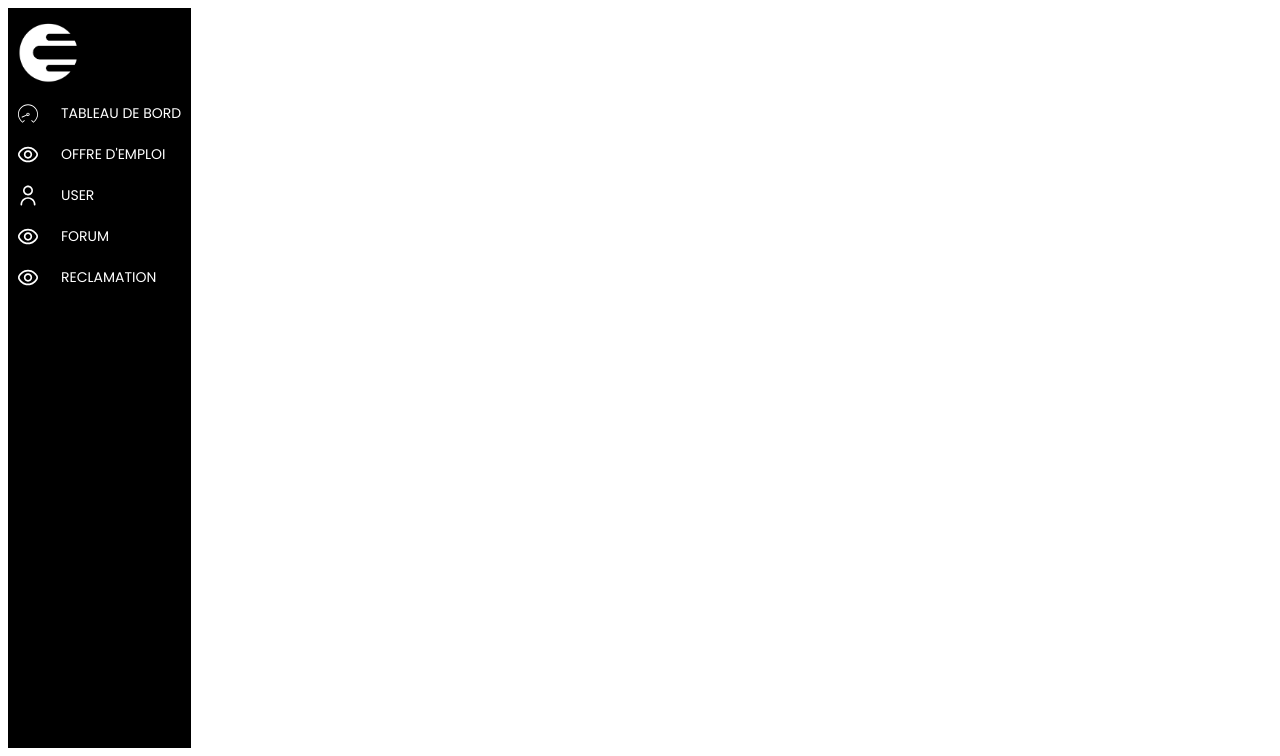
Repository: sophiegafsi/web
Page: http://localhost/view/admin/layout/header.php
These files come from the project's save history. The page is drawn as it stood at one moment and after the next save; the edit follows.
The browser window is 1280 px wide. The pictures show the whole page.
The page is run by PHP 8.4 with error messages shown; the project is at /var/www/html/.

Above is the page before, as saved 2024-05-05 21:01:53.

### view/admin/layout/header.php
<?php
?>

<html>
<head>
  <meta charset="utf-8">
  <title>EasyRecrute</title>
  <link rel="stylesheet" href="../../view/css/custom.css">
  <script src="../view/js/custom.js"></script>
  <link rel="preconnect" href="https://fonts.googleapis.com">
  <link rel="preconnect" href="https://fonts.gstatic.com" crossorigin>
  <link href="https://fonts.googleapis.com/css2?family=Poppins:ital,wght@0,100;0,200;0,300;0,400;0,500;0,600;0,700;0,800;0,900;1,100;1,200;1,300;1,400;1,500;1,600;1,700;1,800;1,900&display=swap" rel="stylesheet">
  <style>
    .dashbord{
      display: flex;
    }
    .easyRecruit-logo-dashbord{
      display: flex;
      flex-direction: column;
      background: black;
      height: 100vh;
      max-width: 200px;
      padding: 10px;
    }
    .joboffer-show{
      text-transform: uppercase;
      color: #ffffff;
      font-family: "Poppins", sans-serif;
      font-size: 14px;
      text-decoration: unset;

    }
    .joboffer-show:hover{
      text-decoration: underline;
    }
    .joboffer-show{
      margin-top: 20px;
    display: flex;
    column-gap: 23px;
    }
    .style-page-list{
      display: flex;
    flex-direction: column;
    justify-content: space-around;
    align-items: center;
    width: 100%;
    }
  </style>
</head>
<body class="dashbord">
    <div class="easyRecruit-logo-dashbord">
      <div class="logo-header-dashbord">
          <img src="../img/EasyRecruit-logo-dash.png" alt="logo" width="60">
      </div>

      <a href="" class="joboffer-show">      <img src="../img/dashbordsvg.svg" class="icon-joboffer-show" alt="icon" width="20"> tableau de bord</a>

        <a href="index.php?controller=joboffer&action=list" class="joboffer-show">      <img src="../img/eye-dashbord.svg" class="icon-joboffer-show" alt="icon" width="20">offre d'emploi</a>
        <a href="" class="joboffer-show">      <img src="../img/user.svg" class="icon-joboffer-show" alt="icon" width="20"> User</a>
        <a href="" class="joboffer-show">      <img src="../img/eye-dashbord.svg" class="icon-joboffer-show" alt="icon" width="20"> Forum</a>
        <a href="" class="joboffer-show">      <img src="../img/eye-dashbord.svg" class="icon-joboffer-show" alt="icon" width="20"> Reclamation</a>
    </div>

### view/css/custom.css
.poppins-thin {
    font-family: "Poppins", sans-serif;
    font-weight: 100;
    font-style: normal;
  }

  .poppins-extralight {
    font-family: "Poppins", sans-serif;
    font-weight: 200;
    font-style: normal;
  }

  .poppins-light {
    font-family: "Poppins", sans-serif;
    font-weight: 300;
    font-style: normal;
  }

  .poppins-regular {
    font-family: "Poppins", sans-serif;
    font-weight: 400;
    font-style: normal;
  }

  .poppins-medium {
    font-family: "Poppins", sans-serif;
    font-weight: 500;
    font-style: normal;
  }

  .poppins-semibold {
    font-family: "Poppins", sans-serif;
    font-weight: 600;
    font-style: normal;
  }

  .poppins-bold {
    font-family: "Poppins", sans-serif;
    font-weight: 700;
    font-style: normal;
  }

  .poppins-extrabold {
    font-family: "Poppins", sans-serif;
    font-weight: 800;
    font-style: normal;
  }

  .poppins-black {
    font-family: "Poppins", sans-serif;
    font-weight: 900;
    font-style: normal;
  }

  .poppins-thin-italic {
    font-family: "Poppins", sans-serif;
    font-weight: 100;
    font-style: italic;
  }

  .poppins-extralight-italic {
    font-family: "Poppins", sans-serif;
    font-weight: 200;
    font-style: italic;
  }

  .poppins-light-italic {
    font-family: "Poppins", sans-serif;
    font-weight: 300;
    font-style: italic;
  }

  .poppins-regular-italic {
    font-family: "Poppins", sans-serif;
    font-weight: 400;
    font-style: italic;
  }

  .poppins-medium-italic {
    font-family: "Poppins", sans-serif;
    font-weight: 500;
    font-style: italic;
  }

  .poppins-semibold-italic {
    font-family: "Poppins", sans-serif;
    font-weight: 600;
    font-style: italic;
  }

  .poppins-bold-italic {
    font-family: "Poppins", sans-serif;
    font-weight: 700;
    font-style: italic;
  }

  .poppins-extrabold-italic {
    font-family: "Poppins", sans-serif;
    font-weight: 800;
    font-style: italic;
  }

  .poppins-black-italic {
    font-family: "Poppins", sans-serif;
    font-weight: 900;
    font-style: italic;
  }

.btn-recrut-listingpage{
  display: flex;
  align-items: center;
  justify-content: center;
  background-color: #ee3a87;
  color: #ffffff;
  border-radius: 30px;
  padding: 5px 30px;
  font-size: 20px;
  font-family: "Poppins", sans-serif;
  text-decoration: none;
  width: max-content;
  margin: 0 auto;
}
.link-emploi a {
  text-decoration: unset;
}
.btn-recrut{
    display: flex;
    align-items: center;
    justify-content: center;
    background-color: #ee3a87;
    color: #ffffff;
    border-radius: 30px;
    padding: 5px 30px;
    font-size: 20px;
    font-family: "Poppins", sans-serif;
    text-decoration: none;
}
.btn-inscri{
    display: flex;
    flex-direction: column;
    align-items: center;
    color: #000;
    text-decoration: none;
    font-size: 14px;
    font-family: "Poppins", sans-serif;
}
.header-style{
    display: flex;
    align-items: center;
    justify-content: space-between;
    font-size: 14px;
    font-family: "Poppins", sans-serif;
}
.links-header{
    display: flex;
    column-gap: 30px;
}
.btn-compte{
    display: flex;
    flex-direction: column;
    align-items: center;
    color: #000;
    text-decoration: none;
    font-size: 14px;
    font-family: "Poppins", sans-serif;
}
.block-intro{
    background-image:url("../img/slider-home.jpg");
    display: block;
    width: 100%;
    height: 300px;
    background-size: cover;
    background-repeat: no-repeat;
    background-position: center;
    position: relative;
    margin-bottom: 20px;

}
.desc-into{
    position: absolute;
    top: 30%;
    left: 10%;

}
.style-form-input textarea {
  border-radius: 15px;
  text-align: center;
  border: 1px solid #264395;
  max-width: 250px;
  width: 100%;
  height: 37px;
}
.style-form-input {
  font-family: "Poppins", sans-serif;
  font-size: 13px;
}
.style-form-radio {
  display: flex;
  align-items: center;
  column-gap: 50px;
  margin-bottom: 30px;
}
.desc-style{
    font-family: "Poppins", sans-serif;
    font-weight: bold;
    font-size: 20px;
    color: #ffffff;
    text-transform: uppercase;
}
.desc-style span{
    font-weight: 400;
}
.overlay{
    display: block;
    width: 100%;
    height: 100%;
    background-color: #000;
    opacity: .7;
}
.btn-decouvrir{
    display: flex;
    align-items: center;
    justify-content: center;
    background-color: #FFF;
    color: #264395;
    border-radius: 30px;
    padding: 5px 30px;
    font-size: 20px;
    font-family: "Poppins", sans-serif;
    text-decoration: none;
    width: max-content;
    text-transform: uppercase;
}
.header-block-style{
    font-size: 30px;
    font-family: "Poppins", sans-serif;
    text-align: center;
    font-weight: 500;
    text-transform: uppercase;
    color: #2c4395;
}
.link-emploi, .link-condidat{
    border: 1px solid #2c4395;
    padding: 10px;
    text-decoration: none;
    width: 100%;
    height: max-content;
    border-radius: 30px;
}
.link-emploi{
  border-radius: 30px;
  display: flex;
  flex-direction: column;
  margin-top: 20px;
}
.titre-link-emploi{
    text-transform: uppercase;
    color: #2c4395;
    font-family: "Poppins", sans-serif;
    font-size: 18px;
}
.desc-link-emploi{
    color: #000;
    font-family: "Poppins", sans-serif;
    font-size: 14px;
}
.list-job-offer-style {
  display: flex;
  justify-content: space-evenly;
  align-items: flex-start;
  margin-top: 30px;
  column-gap: 30px;
}
button.btn-recherche-style {
  background: #2c4395;
  color: #fff;
  border: unset;
  padding: 5px 20px;
  border-radius: 15px;
}
form.recherche-form {
  display: flex;
  column-gap: 30px;
}
.input-searsh-style, .input-filre-style {
  display: flex;
  flex-direction: column;
}
.form-postuler {
  border: 1px solid;
  border-radius: 30px;
  padding: 10px 30px;
  width: 100%;
}
.form-postuler h3 {
  font-size: 23px;
  font-family: "Poppins", sans-serif;
  width: 100%;
  color: #2c4395;
  font-weight: 400;
  text-transform: uppercase;
}
.input-postuler-form label {
  font-size: 12px;
  font-family: "Poppins", sans-serif;
  margin-right: 21px;
}
.input-postuler-form {
  display: flex;
  justify-content: space-between;
  margin-bottom: 35px;
}
.form-postuler form {
  max-width: 400px;
  width: 100%;
}
select#sector {
  border: 1px solid #2c4395;
  border-radius: 20px;
  padding: 2px 25px;
  color: #2c4395;
}
h2.sub-heading {
  color: #2c4395;
  font-family: "Poppins", sans-serif;
  font-size: 32px;
  text-transform: uppercase;
}
.job-details {
  width: 100%;
  border: 1px solid #2c4395;
  border-radius: 30px;
  padding: 10px 70px;
}
span.job-info-details {
  color: #2c4395;
  font-family: "Poppins", sans-serif;
  font-size: 15px;
  text-transform: uppercase;
}
.block-emploi {
  display: flex;
  column-gap: 50px;
}
p.job-info {
  font-family: "Poppins", sans-serif;
  font-size: 13px;
}
h1.sub-heading {
  color: #fff;
  font-family: "Poppins", sans-serif;
  font-size: 35px;
  text-transform: uppercase;
}
form.recherche-form label {
  font-size: 16px;
  font-family: "Poppins", sans-serif;
  text-align: left;
  font-weight: 400;
  text-transform: uppercase;
  color: #2c4395;
}
.input-searsh-style input {
  border: 1px solid #2c4395;
  border-radius: 20px;
}
form.recherche-form {
  display: flex;
  column-gap: 30px;
  align-items: center;
}
.links-emploi{
  display: flex;
  flex-direction: row;
  row-gap: 20px;
  flex-wrap: wrap;
}
.desc-link-emploi span {
  text-transform: uppercase;
  color: #2c4395;
  font-family: "Poppins", sans-serif;
  font-size: 15px;
  font-weight: 500;
}
.element-block-emploi {
  display: flex;
  flex-direction: row;
  flex-wrap: wrap;
}
p.desc-link-emploi {
  color: #000;
  font-family: "Poppins", sans-serif;
  font-size: 14px;
}
.btn-decouvrir-pink{
    display: flex;
    align-items: center;
    justify-content: center;
    background-color: #ee3a87;
    color: #ffffff;
    border-radius: 30px;
    padding: 5px 30px;
    font-size: 20px;
    font-family: "Poppins", sans-serif;
    text-decoration: none;
    width: max-content;
    text-transform: uppercase;
    margin-left: auto;
    margin-top: 30px;
    margin-bottom: 30px;

}
.block-intro-2{
    background-image:url("../img/recrute-slide.jpg");
    display: block;
    width: 100%;
    height: 300px;
    background-size: cover;
    background-repeat: no-repeat;
    background-position: center;
    position: relative;
}
.desc-into-2{
    position: absolute;
    top: 50%;
    left: 50%;
    transform: translate(-50%, -50%);
    text-align: center;
    display: flex;
    flex-direction: column;
    align-items: center;
}
.desc-style-2{
    font-family: "Poppins", sans-serif;
    font-weight: 500;
    font-size: 27px;
    color: #ffffff;
    text-transform: uppercase;
}
.footer-style {
    background: #264395;

}
.titre-footer {
    text-transform: uppercase;
    color: #fff;
    font-family: "Poppins", sans-serif;
    font-weight: 500;
    font-size: 18px;
}
.block-links-style {
    display: flex;
    flex-direction: column;
    row-gap: 30px;
}
.link-footer{
    color: #fff;
    font-family: "Poppins", sans-serif;
    text-decoration: none;
    font-size: 12px;
}
.footer-container {
    max-width: 82%;
    display: flex;
    width: 100%;
    justify-content: space-between;
    margin: 30px auto;
}
.block-links-style-rs{
    display: flex;
    column-gap: 10px;
}
.copy-right{
    background-color: #fff;
    text-align: center;
}
.copy-right p{
    text-transform: uppercase;
    color: #264395;
    font-family: "Poppins", sans-serif;
    font-size: 14px;
    padding: 20px;

}
.link-condidat {
  display: block;
  min-width: 320px;
  max-width: 320px;
  width: 100%;
}

.titre-link-condidat {
  margin: 0;
  font-family: "Poppins", sans-serif;
  text-transform: uppercase;
  font-size: 14px;
  color: #000;
}
.desc-link-condidat{
  font-family: "Poppins", sans-serif;
  font-size: 11px;
  color: #000;
}
.links-condidat{
  display: flex;
  flex-wrap: wrap;
  column-gap: 10px;
  row-gap: 30px;

}
.condidat-element {
  display: flex;
  align-items: center;
  column-gap: 30px;
}
.btn-info-plus {
  font-size: 11px;
  margin-left: auto;
  display: block;
  width: max-content;
  color: #000;
  text-decoration: none;
  margin-right: 15px;
}
.block-listing-offres{
  flex-direction: column;
  max-width: 700px;
  width: 100%;
  justify-content: center;
  margin: 0 auto;
}
.formulaire-recruter form {
  display: flex;
  flex-direction: column;
  max-width: 700px;
  width: 100%;
  justify-content: center;
  margin: 0 auto;
}
.formulaire-recruter form input, .formulaire-recruter form textarea {
  border-radius: 15px;
  height: 45px;
  border: 1px solid #264395;
  margin-bottom: 15px;
}
.formulaire-recruter .btn-recrut{
  border: unset;
  max-width: 300px;
  margin: 15px auto;
}
.formulaire-recruter form input::placeholder, .formulaire-recruter form textarea::placeholder{
  text-transform: uppercase;
  color: #264395;
  font-family: "Poppins", sans-serif;
  font-size: 14px;
  padding-left: 15px;
}
.custom-select select {

  font-family: "Poppins", sans-serif;
  border-radius: 15px;
  height: 45px;
  width: 100%;
  text-transform: uppercase;
  color: #264395;
  font-family: "Poppins", sans-serif;
  font-size: 14px;
  padding: 0 15px;
}
p.desc-link-emploi {
  margin: 5px;
}

### view/js/custom.js

function validateForm() {
    var email = document.getElementById("email").value;
    var name = document.getElementById("name").value;
    var password = document.getElementById("password").value;
    var companyName = document.getElementById("company_name").value;
    var phone = document.getElementById("phone").value;

    // Validation de l'email
    if (email === "") {
        alert("Veuillez saisir une adresse e-mail.");
        return false;
    }
    // Vous pouvez ajouter d'autres validations JavaScript ici

    return true;
}

### view/admin/img/dashbordsvg.svg
<?xml version="1.0" encoding="utf-8"?>
<!-- Generator: Adobe Illustrator 28.1.0, SVG Export Plug-In . SVG Version: 6.00 Build 0)  -->
<svg version="1.1" id="Layer_1" xmlns="http://www.w3.org/2000/svg" xmlns:xlink="http://www.w3.org/1999/xlink" x="0px" y="0px"
	 viewBox="0 0 512 512" style="enable-background:new 0 0 512 512;" xml:space="preserve">
<style type="text/css">
	.st0{fill:#FFFFFF;}
</style>
<path class="st0" d="M256,234.7c-23.5,0-42.7,19.1-42.7,42.7c0,2.7,0.3,5.3,0.7,7.8L91.5,342.3l9,19.3l122.6-57.2
	c7.8,9.5,19.7,15.5,32.9,15.5c23.5,0,42.7-19.1,42.7-42.7C298.6,253.8,279.5,234.7,256,234.7L256,234.7z M256,298.7
	c-11.8,0-21.3-9.6-21.3-21.3S244.2,256,256,256c11.8,0,21.3,9.6,21.3,21.3S267.8,298.7,256,298.7z M512,277.3
	c0,83.1-40.8,161.4-109.1,209.5l-6.8,4.8l-57.9-50.1l14-16.1l45.2,39.1c58.6-44.3,93.3-113.7,93.3-187.1
	c0-129.4-105.3-234.7-234.7-234.7S21.3,147.9,21.3,277.3c0,73.4,34.7,142.8,93.3,187.1l45.2-39.1l14,16.1l-57.9,50.1l-6.8-4.8
	C40.8,438.8,0,360.5,0,277.3c0-141.2,114.8-256,256-256S512,136.2,512,277.3z"/>
</svg>

### view/admin/img/eye-dashbord.svg
<?xml version="1.0" encoding="utf-8"?>
<!-- Generator: Adobe Illustrator 28.1.0, SVG Export Plug-In . SVG Version: 6.00 Build 0)  -->
<svg version="1.1" id="Outline" xmlns="http://www.w3.org/2000/svg" xmlns:xlink="http://www.w3.org/1999/xlink" x="0px" y="0px"
	 viewBox="0 0 512 512" style="enable-background:new 0 0 512 512;" xml:space="preserve">
<style type="text/css">
	.st0{fill:#FFFFFF;}
</style>
<path class="st0" d="M496.4,200.9C463.4,147.1,388.1,56.6,256,56.6S48.6,147.1,15.6,200.9c-20.9,33.7-20.9,76.4,0,110.1
	C48.6,364.9,123.9,455.4,256,455.4s207.4-90.4,240.4-144.3C517.3,277.3,517.3,234.7,496.4,200.9z M460.1,288.7
	c-28.4,46.2-92.7,124-204.1,124s-175.7-77.8-204.1-124c-12.4-20.1-12.4-45.4,0-65.5c28.4-46.2,92.7-124,204.1-124
	s175.7,77.7,204.1,124C472.5,243.3,472.5,268.7,460.1,288.7L460.1,288.7z"/>
<path class="st0" d="M256,149.3c-58.9,0-106.7,47.8-106.7,106.7S197.1,362.7,256,362.7S362.7,314.9,362.7,256
	C362.6,197.1,314.9,149.4,256,149.3z M256,320c-35.3,0-64-28.7-64-64s28.7-64,64-64s64,28.7,64,64S291.3,320,256,320z"/>
</svg>

### view/admin/img/user.svg
<svg version="1.2" xmlns="http://www.w3.org/2000/svg" viewBox="0 0 24 24" width="24" height="24"><style>.a{fill:#fff}</style><path fill-rule="evenodd" class="a" d="m9.7 11.5q-1.1-0.4-1.9-1.3-0.9-0.8-1.3-1.9-0.5-1.1-0.5-2.3c0-2.4 1.5-4.6 3.7-5.5 2.2-1 4.8-0.5 6.5 1.3 1.8 1.7 2.3 4.3 1.3 6.5-0.9 2.2-3.1 3.7-5.5 3.7q-1.2 0-2.3-0.5zm0.8-9.2q-0.8 0.3-1.3 0.9-0.6 0.5-0.9 1.3-0.3 0.7-0.3 1.5c0 1.6 1 3.1 2.5 3.7 1.5 0.6 3.2 0.3 4.3-0.9 1.2-1.1 1.5-2.8 0.9-4.3-0.6-1.5-2.1-2.5-3.7-2.5q-0.8 0-1.5 0.3z"/><path class="a" d="m12 14c-1.2 0-2.4 0.2-3.4 0.7-1.1 0.4-2.1 1.1-3 1.9-0.8 0.9-1.5 1.9-1.9 3-0.5 1-0.7 2.2-0.7 3.4q0 0.4 0.3 0.7 0.3 0.3 0.7 0.3 0.4 0 0.7-0.3 0.3-0.3 0.3-0.7c0-1.9 0.7-3.6 2.1-4.9 1.3-1.4 3-2.1 4.9-2.1 1.9 0 3.6 0.7 4.9 2.1 1.4 1.3 2.1 3 2.1 4.9q0 0.4 0.3 0.7 0.3 0.3 0.7 0.3 0.4 0 0.7-0.3 0.3-0.3 0.3-0.7c0-1.2-0.2-2.4-0.7-3.4-0.4-1.1-1.1-2.1-1.9-3-0.9-0.8-1.9-1.5-3-1.9-1-0.5-2.2-0.7-3.4-0.7z"/></svg>

After the next save:
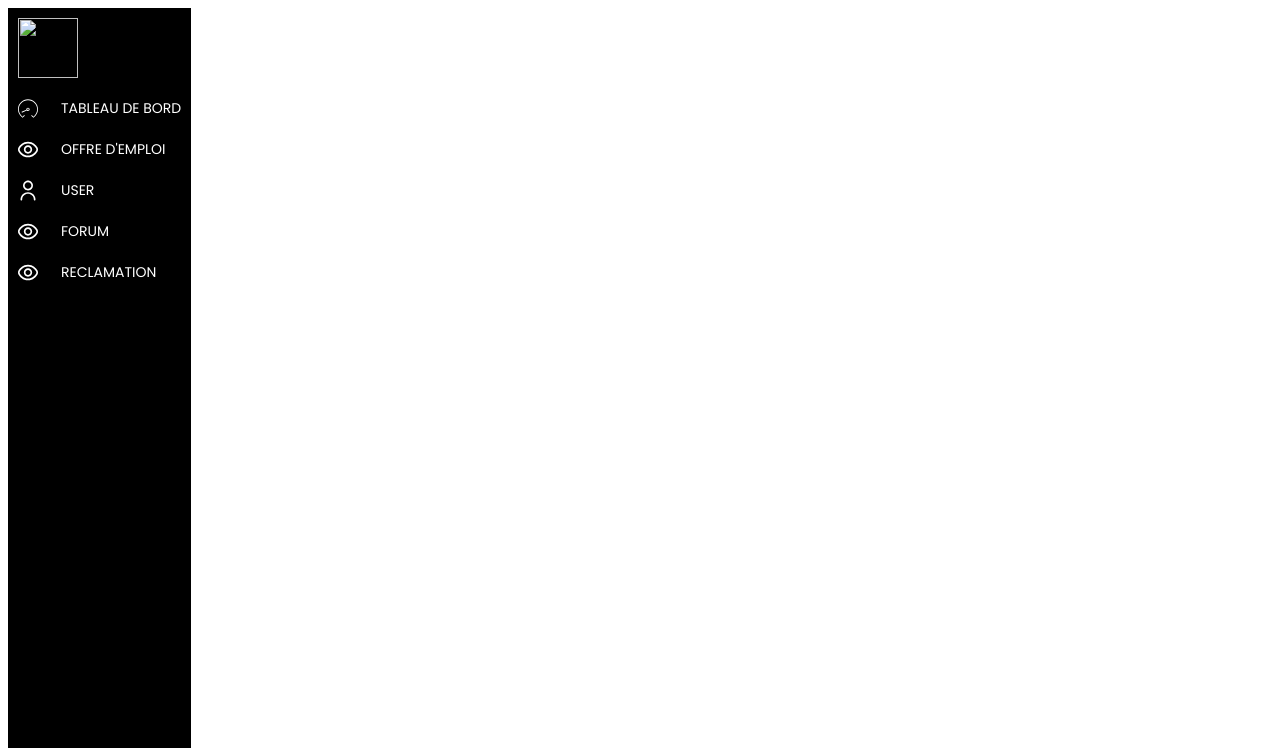
Not found: view/admin/layout/view/img/EasyRecruit-logo-dash.png
Saved 13 min 0 s later.
--- a/view/admin/layout/header.php
+++ b/view/admin/layout/header.php
@@ -50,7 +50,7 @@
 <body class="dashbord">
     <div class="easyRecruit-logo-dashbord">
       <div class="logo-header-dashbord">
-          <img src="../img/EasyRecruit-logo-dash.png" alt="logo" width="60">
+          <img src="view/img/EasyRecruit-logo-dash.png" alt="logo" width="60">
       </div>
 
       <a href="" class="joboffer-show">      <img src="../img/dashbordsvg.svg" class="icon-joboffer-show" alt="icon" width="20"> tableau de bord</a>
